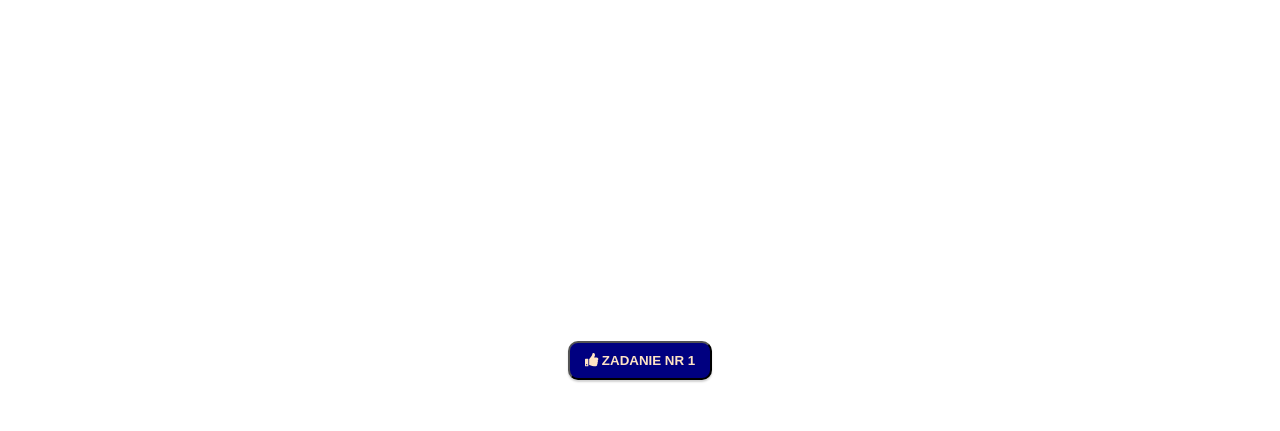
Repository: KrzysKolo/sr_tydzien3_zad_1_2_3
Page: /
These files come from the project's save history. The page is drawn as it stood at one moment and after the next save; the edit follows.
The browser window is 1280 px wide. The pictures show the whole page.
The project was rebuilt for these pictures with package versions that can differ from the ones it lists, and the page was loaded fresh each time.

Above is the page before, as saved 2020-11-02 15:23:36.

### src/App.js
import React,  { Component } from 'react';
import Button from './components/Form/Button';
import { FontAwesomeIcon } from '@fortawesome/react-fontawesome';
import { faThumbsUp } from "@fortawesome/free-solid-svg-icons";
import './App.css';


class App extends Component {
  state = {  }

  render() {

    return (
      <div className="app">
        <Button  bgColor="navy" color="bisque" label="Zadanie nr 1" icon={faThumbsUp}/>

      </div>
     );
  }
}

export default App;

### src/components/Form/Button.js
import React from 'react';
import styled from 'styled-components';
import { FontAwesomeIcon } from '@fortawesome/react-fontawesome';
import { faAngellist } from '@fortawesome/free-brands-svg-icons';

const Button = ({label, color, bgColor, icon}) => {

    console.log(color);
    const Button = styled.button`
    padding: 10px 15px;
    border-radius: 10px;
    outline: 0;
    text-transform: uppercase;
    cursor: pointer;
    box-shadow: 0px 2px 2px lightgray;
    transition: ease background-color, color 0.6s;
    font-weight: bold;
    color: ${[color]};
    background-color: ${[bgColor]};
    &:hover {
        background-color: ${[color]};
        color: ${[bgColor]};
    }
    `;
    return (

        <div>
            <Button >
                <FontAwesomeIcon icon={icon} /> {label}
            </Button>
        </div>
     );
}
Button.defaultProps = {
    bgColor: "#1B1464",
    color: "#FFC312",
    label: "Click me",
    icon: faAngellist,
}

export default Button;

### src/App.css
* {
  padding: 0;
  margin: 0;
  box-sizing: border-box;
}
.app {
  display: flex;
  flex-direction: column;
  justify-content: center;
  align-items: center;
  height: 100vh;
}

Loaded but not shown: public/index.html (common file); src/index.js (common file); src/index.css (common file)

After the next save:
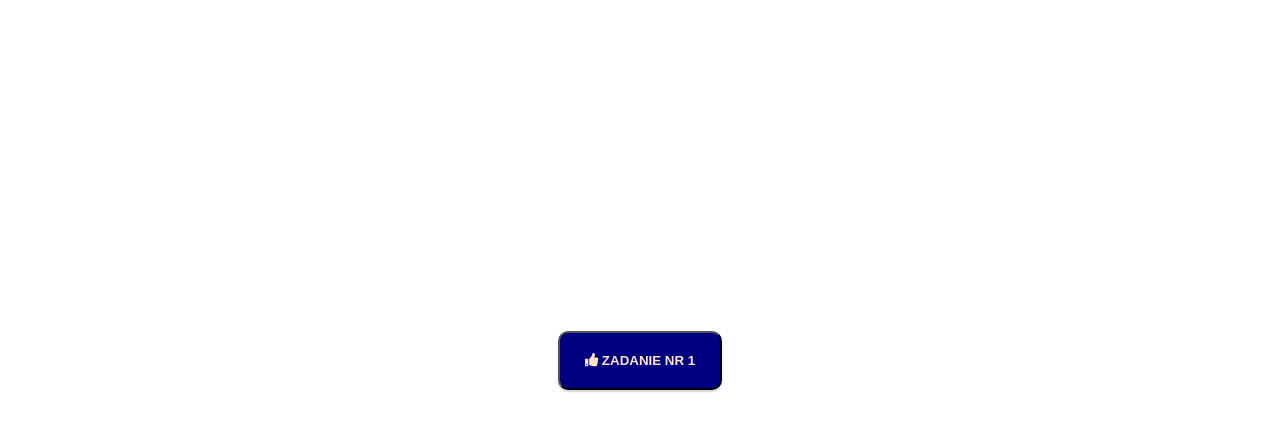
Saved 33 s later.
--- a/src/components/Form/Button.js
+++ b/src/components/Form/Button.js
@@ -7,7 +7,7 @@ const Button = ({label, color, bgColor, icon}) => {
 
     console.log(color);
     const Button = styled.button`
-    padding: 10px 15px;
+    padding: 20px 25px;
     border-radius: 10px;
     outline: 0;
     text-transform: uppercase;
